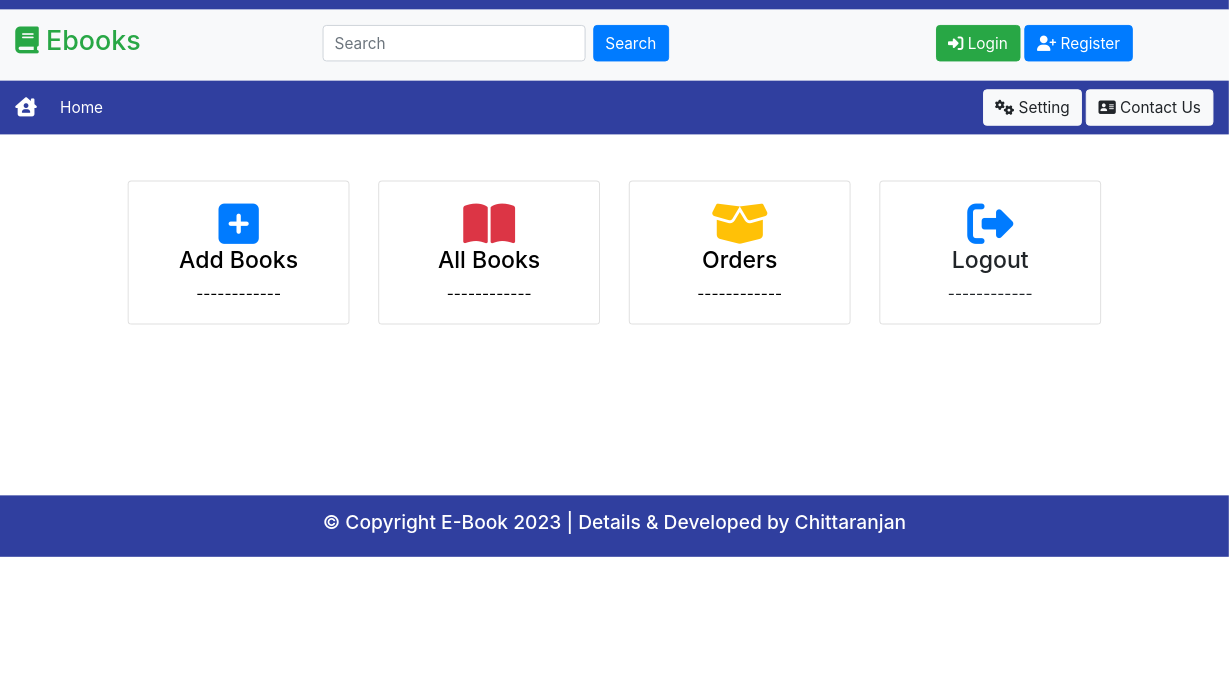
Repository: chittaranjan24/E-Books_Management_System
Page: http://localhost/Ebook-App/admin/home.jsp
The author's editor kept a copy of each file at every save. The page is drawn from the files as they stood at one save, then again after the next save.
The browser window is 1280 px wide. The pictures show the whole page, at 96% of full size.
Some web libraries are served in a nearby version. The page is served by Tomcat 9.

Above is the page before, as saved 2023-08-27 23:30:20.

After the next save:
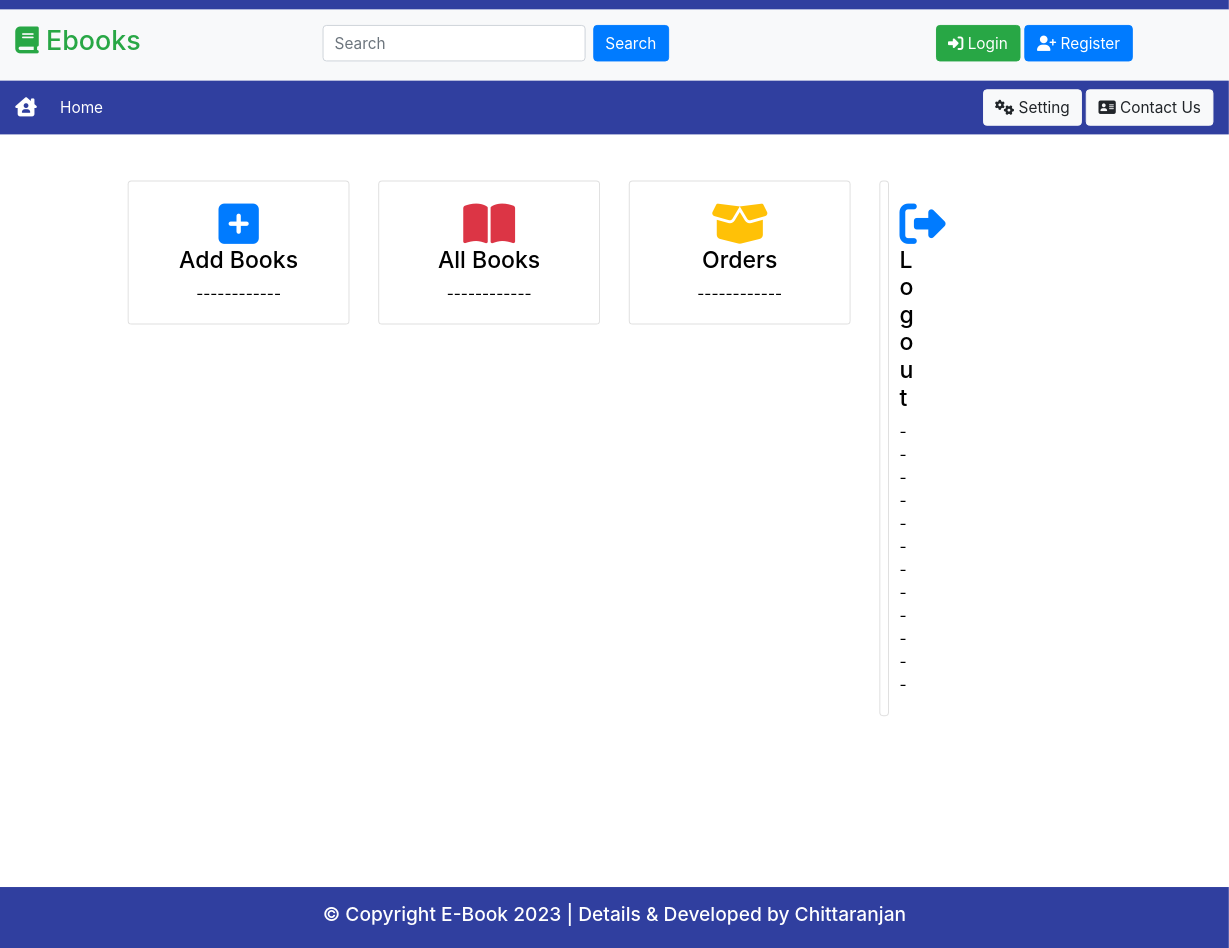
Saved 98 s later.
--- a/Ebook-App/src/main/webapp/admin/home.jsp
+++ b/Ebook-App/src/main/webapp/admin/home.jsp
@@ -62,6 +62,7 @@ a:hover {
 				</a>
 			</div>
 
+			<a href="">
 			<div class="col-md-3">
 				<div class="card">
 					<div class="card-body text-center">
@@ -71,6 +72,7 @@ a:hover {
 					</div>
 				</div>
 			</div>
+			</a>
 
 		</div>
 	</div>
